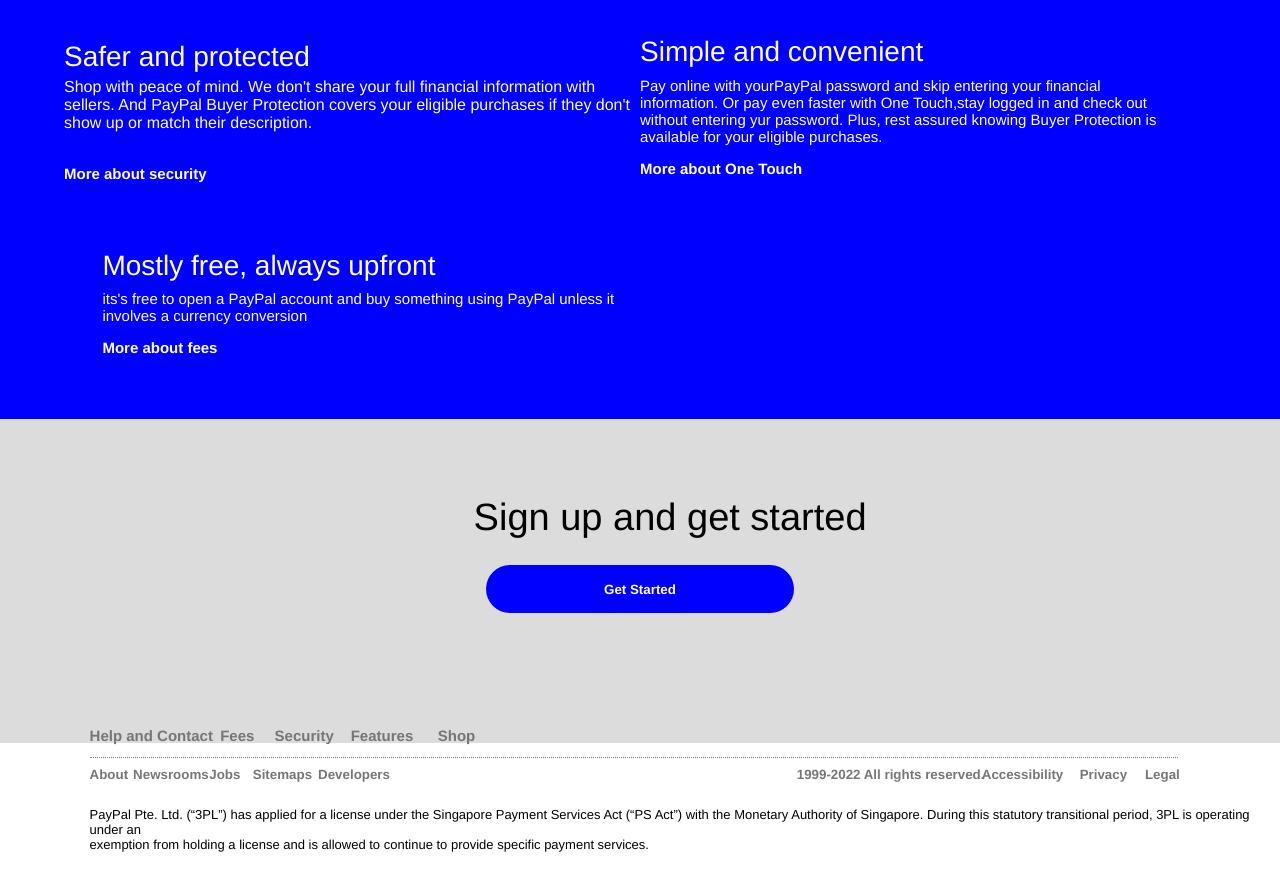
Repository: Jayeola3/Paypal
Page: ppal.html
An editor plug-in stored every save of this project. The page is shown before and after the next save, followed by the edit.
The browser window is 1280 px wide. The pictures show the part of the page from y = 1741 to 2693 px (the page is 2621 px tall before and 2693 px after).
A picture or video elsewhere on the page could not be fetched, so the positions and the page height are approximate. Some web libraries are served in a nearby version.

Above is the page before, as saved 2022-06-21 04:30:25.

### ppal.html
<!DOCTYPE html>
<html lang="en">
<head>
    <meta charset="UTF-8">
    <meta http-equiv="X-UA-Compatible" content="IE=edge">
    <meta name="viewport" content="width=device-width, initial-scale=1.0">
    <title>Document</title>
    <link rel="stylesheet" href="pay.css">
    <script src="https://kit.fontawesome.com/ae49a07b65.js" crossorigin="anonymous"></script>
    <script>
        function myFunction() {
            document.getElementById("drops").style.display="block";
        }
        </script>
</head>
<body>
    <div class="body">
        <div class="head">
            <img src="images/paypal.PNG" alt="" class="pal">
            <h3 class="sonal" onmouseover="myFunction()">Personal <i class="fa-light fas fa-angle-down"></i></h3>
            <button class="log">Log in</button>
            <button class="sign">Sign up</button>
        </div>
    </div>
    <div class="drop" id="drops">
        <a href="http://" class="link1">How PayPal Works <br><p class="lim">What can you do with a personal account</p></a>
        <a href="http://" class="link2">Pay Online <br><p class="lim2">Online payment without borders</p></a>
        <a href="http://" class="link3">Send Payments <br><p class="lim3">Send payment abroad</p></a>
        <a href="http://" class="link4">Search for Deals <br><p class="lim4">Pay with paypal and save money</p></a>
    </div>
    <div class="div1">
        <div class="in">The simpler, safer way to pay online</div>
        <button class="free">Sign up for free</button><p class="business">
        Own a business?<a href="http://"> Open a business account</a></p>
    </div>
    <div class="div2">
        <div class="ins">
            Paypal is for everyone who pays online.
        </div>
        <img src="images/1-individuals.jpg" alt="" class="indiv">
        <h3 class="individ">Individuals</h3>
        <p class="reason">Find out why we have more than 200M active accounts worldwide.</p>
        <button class="learn">Learn More</button>
    </div>
    <div class="div3">
        <div class="connect">
            Paypal connects buyers and sellers.
        </div>
        <p class="buys">For buyers <br>____________</p>
        <img src="images/buyonline_browser1.png" class="image1">
        <img src="images/buyonline_browser2.png" class="image2">
        <img src="images/buyonline_browser3.png" class="image3">
        <div class="num1">
           <p class="one"> 1</p>
        </div>
        <div class="signs">
            <p  class="steps"><a href="http://" class="links">Sign up</a> with just an email address and <br>password.</p>
        </div>
        <div class="num2">
            <p class="two"> 2</p>
         </div>
         <div class="sig">
             <p>Securely add a card.</p>
         </div>
         <div class="num3">
            <p class="three"> 3</p>
         </div>
         <div class="sigs">
             <p>Use the paypal button to check out with<br> just an email address and password.</p>
         </div>
         <button class="learns"> Learn More</button>
    </div>
    <div class="div4">
        <h2 class="active">Join 200m active PayPal accounts worldwide.</h2>
        <div class="safer">
            <h3 class="safe">Safer and protected</h3>
            <p>Shop with peace of mind. We don't share your full financial information with <br>sellers. And PayPal Buyer Protection covers your eligible purchases if they don't <br>show up or match their description.</p>
            <a href="http://" class="more" id="mores">More about security</a>
        </div>
        <div class="frees">
            <h3 class="front">Mostly free, always upfront</h3>
            <p>its's free to open a PayPal account and buy something using PayPal unless it <br>involves a currency conversion</p>
            <a href="http://" class="more">More about fees</a>
        </div>

        <div class="simple">
            <h3 class="con">Simple and convenient</h3>
            <p >Pay online with yourPayPal password and skip entering your financial <br>information. Or pay even faster with One Touch,stay logged in and check out <br>without entering yur password. Plus, rest assured knowing Buyer Protection is <br>available for your eligible purchases.</p>
            <a href="http://" class="more">More about One Touch</a>
        </div>

    </div>
    <div class="div5">
        <h2 class="start">Sign up and get started</h2>
        <button class="started"> Get Started</button>
    </div>
    <div class="help">
        <div class="move">
            <a href="http://" class="lin">Help and Contact</a>
            <a href="http://" class="win"> Fees</a>
            <a href="http://" class="gin">Security</a>
            <a href="http://" class="sin">Features</a>
            <a href="http://" class="qin">Shop</a>
        </div>
        <div class="bout">
            <a href="http://" class="bin">About</a>
            <a href="http://" class="won">Newsrooms</a>
            <a href="http://" class="gon">Jobs</a>
            <a href="http://" class="son">Sitemaps</a>
            <a href="http://" class="qon">Developers</a>
            <a href="http://" class="rights">1999-2022 All rights reserved.</a>
            <a href="http://" class="access">Accessibility</a>
            <a href="http://" class="privacy">Privacy</a>
            <a href="http://" class="legal">Legal</a>
        </div>
        <p class="limited">PayPal Pte. Ltd. (“3PL”) has applied for a license under the Singapore Payment Services Act (“PS Act”) with the Monetary Authority of Singapore. During this statutory transitional period, 3PL is operating under an <br>exemption from holding a license and is allowed to continue to provide specific payment services.</p>
    </div>
</body>
</html>

### pay.css
*{
    font-family: "Helvetica Neue",Helvetica,Arial,sans-serif;
}
body{
    padding: 0;
    margin: 0;
}
.head{
    width: 100%;
    height: 10%;
    position: absolute;
    top: 0%;
}
.pal{
    position: absolute;
    left: 7%;
    top:10%;
}
.drop{
    width: 100%;
    height: 25%;
    position: absolute;
    top: 10%;
    display: none;
    background-color:blue;
    font-size: 14px;
    font-weight: 10;
    z-index: 1;
}
.link1{
    position: absolute;
    top: 10%;
    left: 15%;
    width: 20%;
}
.link1:hover{
    color: white;
    text-decoration: underline;
}
.link2{
    position:absolute;
    top: 60%;
    left: 15%;
    width: 18%;
}
.link2:hover{
    color: white;
    text-decoration: underline;
}
.link3{
    position: absolute;
    right: 23.5%;
    top: 10%;
    width: 18%;
}
.link3:hover{
    color: white;
    text-decoration: underline;
}
.link4{
    position: absolute;
    right: 23.5%;
    top: 60%;
    width: 18%;
}
.link4:hover{
    color: white;
    text-decoration: underline;
}
.lim{
    position: absolute;
    top: 65%;
    font-size: smaller;
}
.lim:hover{
    color: white;
    text-decoration: underline;
}
.lim2{
    position: absolute;
    top: 65%;
    font-size: smaller;
}
.lim2:hover{
    color: white;
    text-decoration: underline;
}
.lim3{
    position: absolute;
    top: 65%;
    font-size: smaller;
}
.lim3:hover{
    color: white;
    text-decoration: underline;
}
.lim4{
    position: absolute;
    top: 65%;
    font-size: smaller;
}
.lim4:hover{
    color: white;
    text-decoration: underline;
}
.sonal{
    position: absolute;
    left: 46%;
    top:10%;
}
.log{
    position: absolute;
    right: 16%;
    top: 30%;
    font-size: 13px;
    font-weight: 800;
    color: blue;
    background-color: white;
    border: 1px solid blue;
    width: 6%;
    height: 50%;
    border-radius: 15px;
}
.sign{
    position: absolute;
    right: 9%;
    top: 30%;
    background-color: blue;
    color: white;
    font-size: 13px;
    font-weight: 800;
    box-shadow: none;
    width: 6%;
    height: 50%;
    border-radius: 18px;
    border: none;
}
.div1{
    background-color: blueviolet;
    width: 100%;
    height: 60%;
    position: absolute;
    bottom: 30%;
    text-align: center;
    font-weight: 100;
    color: white;
    font-size: 45px;
}
.in{
    position: absolute;
    top: 32%;
    left: 24%;
}
.free{
    position: absolute;
    top: 58%;
    left: 35%;
    width: 25%;
    height: 10%;
    border:none;
    border-radius: 18px;
    color: white;
    background-color: blue;
    font-size: 16px;
    font-weight: 600;
}
.business{
    position: absolute;
    top: 67%;
    left: 38%;
    font-size: 15px;
}
a{
    font-weight: 800;
    text-decoration: none;
    color: white;
}
a:hover{
    text-decoration: underline;
    color: blue;
}
.div2{
    width: 100%;
    height: 50%;
    position: absolute;
    top: 80%;
    text-align: center;
    font-weight: 100;
    font-size: 45px;
}
.indiv{
    position: absolute;
    top: 28%;
    left: 48%;
}
.individ{
    position: absolute;
    top: 48%;
    left: 46%;
    font-size: 25px;
}
.reason{
    position: absolute;
    top:63%;
    left: 32%;
    font-size: 18px;
}
.learn{
    position: absolute;
    top: 79%;
    left: 42%;
    font-size: 15px;
    width: 14%;
    color: blue;
    background-color: white;
    border-radius: 22px;
    border:1px solid blue;
    height: 15%;
}
.div3{
    width: 100%;
    height: 80%;
    position: absolute;
    top: 140%;
    text-align: center;
    background-color: gainsboro;
    font-weight: 100;
    font-size: 45px;
}
.connect{
    position: absolute;
    top: 7%;
    left: 30%;
    font-size: 35px;
    font-weight: light;
}
.buys{
    position: absolute;
    top: 18%;
    left: 47%;
    font-size: 14px;
    font-weight: 10;
}
.image1{
    position: absolute;
    top: 32%;
    left: 13%;
}
.image2{
    position: absolute;
    top: 32%;
    left: 43%;
}
.image3{
    position: absolute;
    top: 32%;
    left: 73%;
}
.num1{
    position: absolute;
    top: 64%;
    left: 7%;
    width: 3%;
    height: 7.5%;
    font-size: 20px;
    border:1px solid gray;
    border-radius: 100%;
}
.one{
    position: absolute;
    top:-27%;
    left: 37%;
}
.signs{
    position: absolute;
    top:62%;
    left: 11%;
    font-size: 18px;
    text-align: justify;
}
.links{
    color:blue;
    text-decoration: none;
}
.links:hover{
    color:blue;
    text-decoration: underline;
}
.num2{
    position: absolute;
    top: 64%;
    left: 39%;
    width: 3%;
    height: 7.5%;
    font-size: 20px;
    border:1px solid gray;
    border-radius: 100%;
}
.two{
    position: absolute;
    top:-27%;
    left: 37%;
}
.sig{
    position: absolute;
    top:62%;
    left: 43%;
    font-size: 18px;
}
.num3{
    position: absolute;
    top: 64%;
    left: 69%;
    width: 3%;
    height: 7.5%;
    font-size: 20px;
    border:1px solid gray;
    border-radius: 100%;
}
.three{
    position: absolute;
    top:-27%;
    left: 37%;
}
.sigs{
    position: absolute;
    top:62%;
    left: 73%;
    text-align: justify;
    font-size: 18px;
}
.learns{
    position: absolute;
    top: 80%;
    left: 42%;
    font-size: 15px;
    width: 14%;
    background-color: gainsboro;
    color: blue;
    border-radius: 22px;
    border:1px solid blue;
    height: 10%;
}
.div4{
    width: 100%;
    height: 80%;
    position: absolute;
    top: 220%;
    background-color: blue;

}
.active{
    font-size: 40px;
    position: absolute;
    left: 19%;
    top: 3%;
    color: white;
}
.simple{
    position: absolute;
    left: 50%;
    top: 38%;
    color: white;
    font-size: 14.994px;
    font-weight: 500;
    font-family: "Helvetica Neue",Helvetica,Arial,sans-serif;;
}
.con{
    position: absolute;
    top: -47%;
    font-size: 28px;
    font-weight: 200;
}
.pro{
    width: 50%;
    position: absolute;
    top: 90%;
}
.frees{
    position: absolute;
    left: 8%;
    top: 75%;
    color: white;
    font-size: 14.994px;
    font-weight: 500;
    font-family: "Helvetica Neue",Helvetica,Arial,sans-serif;
}
.front{
    position: absolute;
    top: -65%;
    font-size: 28px;
    font-weight: 200;
}
.safer{
    position: absolute;
    left: 5%;
    top: 38%;
    font-size: 14.994 px;
    font-weight: 500;
    font-family: "Helvetica Neue",Helvetica,Arial,sans-serif;
    color: white;
}
.safe{
    position: absolute;
    top: -57%;
    font-size: 28px;
    font-weight: 200;
}
#mores{
    position: absolute;
    top: 120%;
}
.more{
    font-size: 15px;
    font-weight: 800;
}
.more:hover{
    text-decoration: underline;
    color: white;
}
.div5{
    width: 100%;
    height: 45%;
    position: absolute;
    top: 300%;
    text-align: center;
    background-color:gainsboro;
}
.start{
    position:absolute;
    top: 14%;
    left: 37%;
    font-size: 38px;
    font-weight: 100;
}
.started{
    position: absolute;
    top: 45%;
    left: 38%;
    width: 24%;
    height: 15%;
    border: none;
    border-radius: 124px;
    font-weight: 800;
    background-color: blue;
    color: white;
}
.help{
    width: 100%;
    height: 34%;
    position: absolute;
    top: 330%;
}
.move{
    position: absolute;
    left: 7%;
    top: 25%;
    width: 85%;
    height: 25%;
    font-size: 15px;
    font-weight: 100;
    text-align:center;
    border:1px dotted gray;
    border-top: none;
    border-left: none;
    border-right: none;
}
.lin{
    position: absolute;
    left: 0%;
    top: 50%;
    color: #767676;
}
.lin:hover{
    color: #767676;
}
.win{
    position: absolute;
    left: 12%;
    top: 50%;
    color: #767676;
}
.win:hover{
    color: #767676;
}
.gin{
    position: absolute;
    left: 17%;
    top: 50%;
    color: #767676;
}
.gin:hover{
    color: #767676;
}
.sin{
    position: absolute;
    left: 24%;
    top: 50%;
    color: #767676;
}
.sin:hover{
    color: #767676;
}
.qin{
    position: absolute;
    left: 32%;
    top: 50%;
    color: #767676;
}
.qin:hover{
    color: #767676;
}
.bout{
    position: absolute;
    left: 7%;
    top: 54%;
    width: 85%;
    font-size: smaller;
    font-weight: lighter;
}
.bin{
    color: #767676;
}
.bin:hover{
    color: #767676;
}
.won{
    position: absolute;
    left: 4%;
    color: #767676;
}
.won:hover{
    color: #767676;
}
.gon{
    position: absolute;
    left: 11%;
    color: #767676;
}
.gon:hover{
    color: #767676;
}
.son{
    position: absolute;
    left: 15%;
    color: #767676;
}
.son:hover{
    color: #767676;
}
.qon{
    position: absolute;
    left: 21%;
    color: #767676;
}
.qon:hover{
    color: #767676;
}
.rights{
    position: absolute;
    left: 65%;
    color: #767676;
}
.rights:hover{
    color: #767676;
    text-decoration: none;
}
.access{
    position: absolute;
    left: 82%;
    color: #767676;
}
.access:hover{
    color: #767676;
}
.privacy{
    position: absolute;
    left: 91%;
    color: #767676;
}
.privacy:hover{
    color: #767676;
}
.legal{
    position: absolute;
    left: 97%;
    color: #767676;
}
.legal:hover{
    color: #767676;
}
.limited{
    position: absolute;
    top: 65%;
    left: 7%;
    font-size: 13px;
}

After the next save:
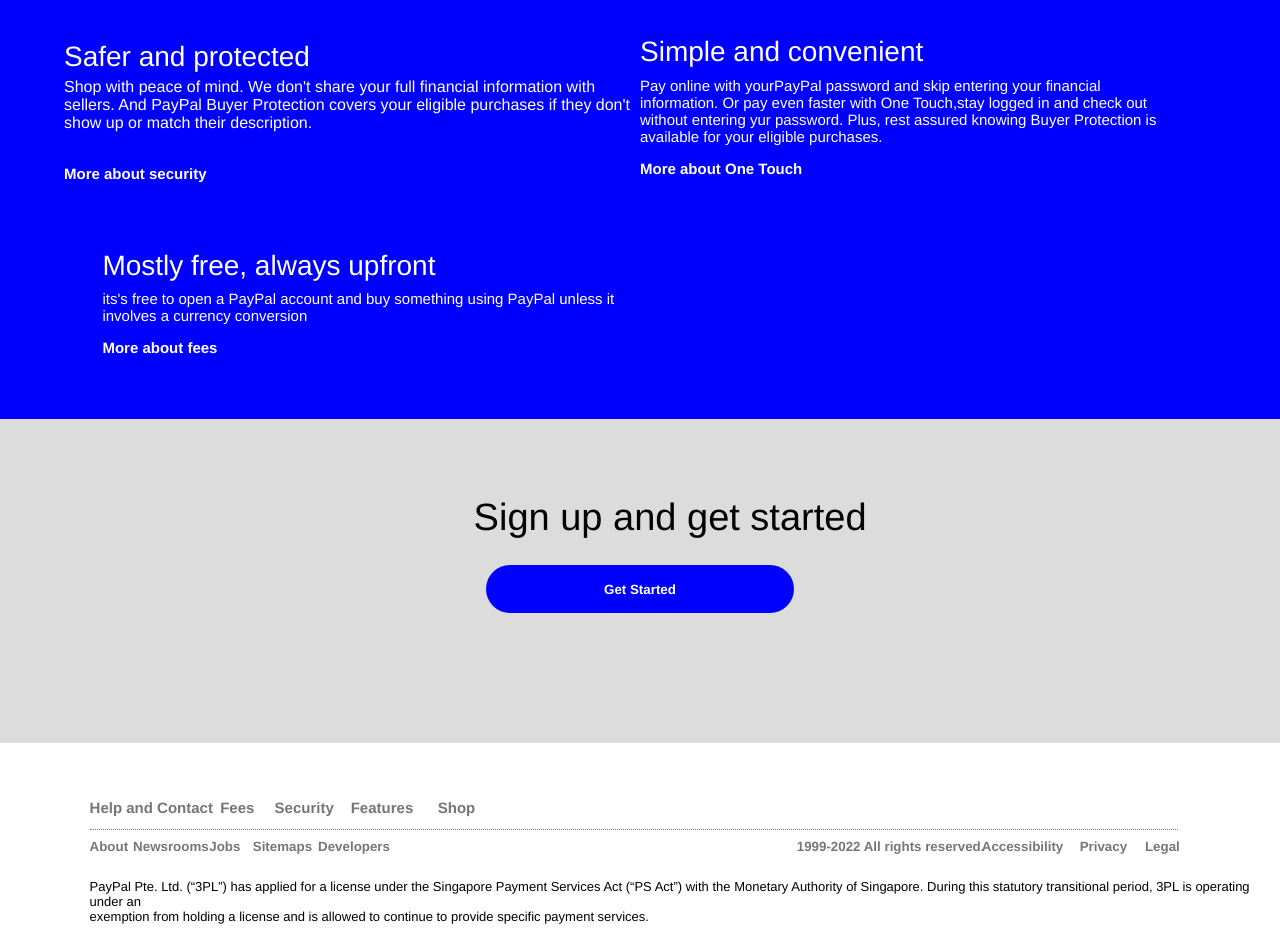
Saved 7 s later.
--- a/pay.css
+++ b/pay.css
@@ -449,7 +449,7 @@
     width: 100%;
     height: 34%;
     position: absolute;
-    top: 330%;
+    top: 340%;
 }
 .move{
     position: absolute;
